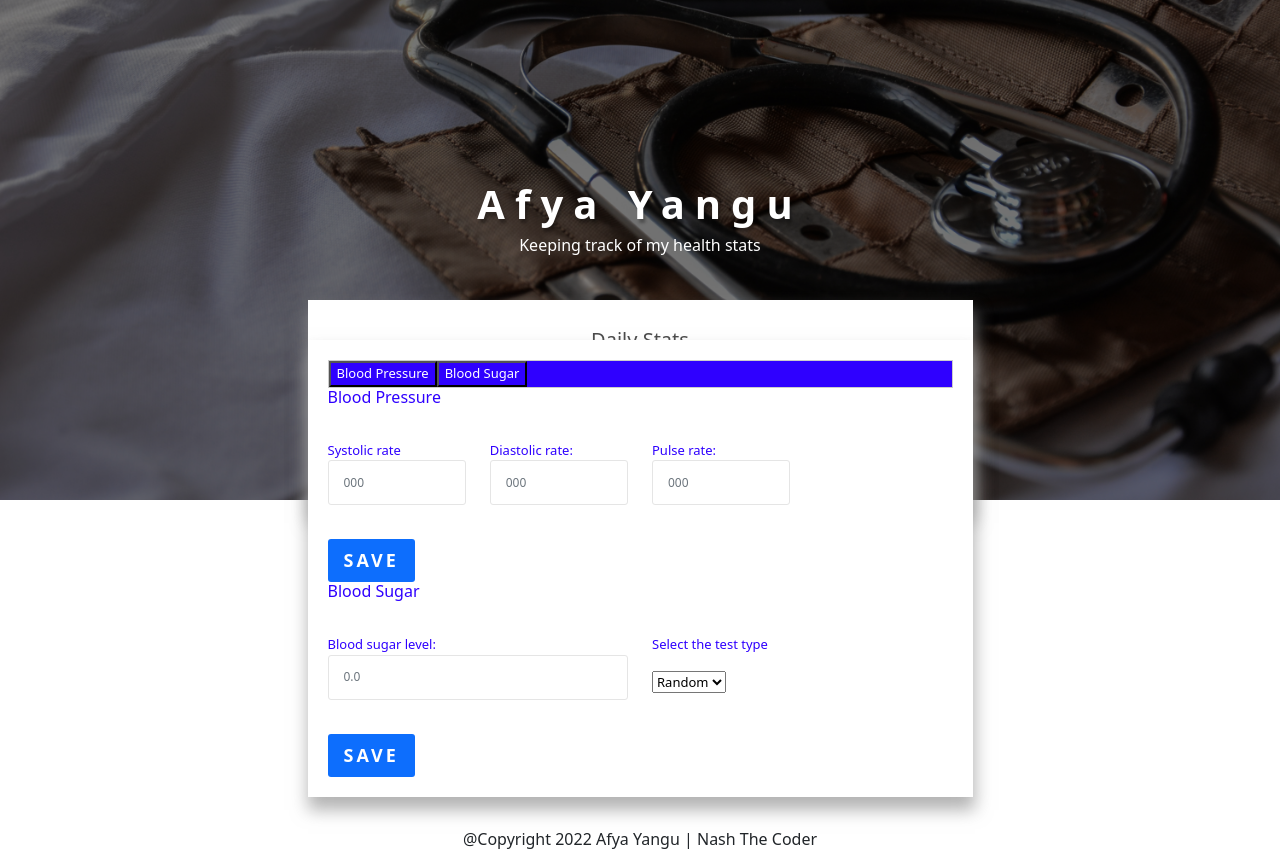
Repository: nashthecoder/afya_yangu
Page: / (app in client/)
The author's editor kept a copy of each file at every save. The page is drawn from the files as they stood at one save, then again after the next save.
The browser window is 1280 px wide. The pictures show the whole page.
The project was rebuilt for these pictures with package versions that can differ from the ones it lists, and the page was loaded fresh each time.

Above is the page before, as saved 2022-03-17 09:08:58.

### client/public/index.html
<!DOCTYPE html>
<html lang="en">
  <head>
    <meta charset="utf-8" />
    <link rel="icon" href="%PUBLIC_URL%/favicon.ico" />
    <meta name="viewport" content="width=device-width, initial-scale=1" />
    <meta name="theme-color" content="#000000" />
    <meta
      name="description"
      content="Web site created using create-react-app"
    />
    <link rel="apple-touch-icon" href="%PUBLIC_URL%/logo192.png" />
    <!--
      manifest.json provides metadata used when your web app is installed on a
      user's mobile device or desktop. See https://developers.google.com/web/fundamentals/web-app-manifest/
    -->
    <link rel="manifest" href="%PUBLIC_URL%/manifest.json" />
    <!--
      Notice the use of %PUBLIC_URL% in the tags above.
      It will be replaced with the URL of the `public` folder during the build.
      Only files inside the `public` folder can be referenced from the HTML.

      Unlike "/favicon.ico" or "favicon.ico", "%PUBLIC_URL%/favicon.ico" will
      work correctly both with client-side routing and a non-root public URL.
      Learn how to configure a non-root public URL by running `npm run build`.
    -->
    <title>Afya Yangu</title>
  </head>
  <body>
    <noscript>You need to enable JavaScript to run this app.</noscript>
    <div id="root"></div>
    <!--
      This HTML file is a template.
      If you open it directly in the browser, you will see an empty page.

      You can add webfonts, meta tags, or analytics to this file.
      The build step will place the bundled scripts into the <body> tag.

      To begin the development, run `npm start` or `yarn start`.
      To create a production bundle, use `npm run build` or `yarn build`.
    -->
  </body>
</html>

### client/src/index.js
import React from 'react';
import ReactDOM from 'react-dom';
import App from './App';
import reportWebVitals from './reportWebVitals';
import '../src/style.scss';

ReactDOM.render(
  <React.StrictMode>
    <App />
  </React.StrictMode>,
  document.getElementById('root')
);

// If you want to start measuring performance in your app, pass a function
// to log results (for example: reportWebVitals(console.log))
// or send to an analytics endpoint. Learn more: https://bit.ly/CRA-vitals
reportWebVitals();

### client/src/App.js
import React from 'react'
import Banner from './components/Banner'
import Header from './components/Header'
import Form from './components/Form'
import Footer from './components/Footer'
function App() {
  return (
    <div className="App">
      <Banner />
      <Header />
      <Form />
      <Footer />
    </div>
  );
}

export default App;

### client/src/style.scss
@import '../node_modules/bootstrap/scss/bootstrap.scss';
/*********************************************/
/*             GENERAL CSS              */
/*********************************************/

body {
    width: 100%;
    position: relative;
}

p.main-form-text {
    font-size: 20px !important;
    font-weight: 500;
    color: #494949;
}

h3 {
    font-size: 40px;
    letter-spacing: 10px;
    font-weight: bold;
}

h4 {
    font-size: 16px;
}

img {
    width: 100%;
    height: 100%;
}

form {
    position: relative;
}

/*********************************************/
/*              UTILITY CSS             */
/*********************************************/

input,
input.form-control {
    color: #222;
    font-size: 12px;
    background: $white;
    padding: 0 15px;
    width: 100%;
    height: 45px;
    line-height: 46px;
    outline: none;
    border: 1px solid #e5e5e5;
    border-radius: 3px;
    box-shadow: none;
    transition: all 0.3s;
}

.btn-primary {
    font-weight: 600;
    font-size: 18px;
    cursor: pointer;
    display: inline-block;
    text-transform: uppercase;
    border: none;
    color: $white;
    border-radius: 3px;
    transition: all 0.3s;
    letter-spacing: 3px;
}

.btn-primary:hover,
.btn-primary:focus {
    background-color: #2b2b2b;
}

.banner {
    background-image: url("./images/bg.jpg");
    min-height: 500px;
    padding: 40px 0px;
    position: relative;
    background-position: center center;
    background-size: cover;
    background-repeat: no-repeat;
}

.banner::before {
    content: "";
    width: 100%;
    height: 100%;
    opacity: 0.5;
    background-color: #000;
    position: absolute;
    top: 0;
}

.brand {
    text-shadow: 2px 4px 3px rgba(0, 0, 0, 0.3);
}

.caption-text {
    margin-top: 130px;
    color: $white;
    position: relative;
}

/*********************************************/
/*              BANNER CSS              */
/*********************************************/

.banner {
    background-image: url("./images/bg.jpg");
    min-height: 500px;
    padding: 40px 0px;
    position: relative;
    background-position: center center;
    background-size: cover;
    background-repeat: no-repeat;
}

.banner::before {
    content: "";
    width: 100%;
    height: 100%;
    opacity: 0.5;
    background-color: #000;
    position: absolute;
    top: 0;
}

.brand {
    text-shadow: 2px 4px 3px rgba(0, 0, 0, 0.3);
}

.caption-text {
    margin-top: 130px;
    color: $white;
    position: relative;
}

/*********************************************/
/*              FORM CSS                "/
/*********************************************/

.form-box #box-title {
    position: relative;
    padding: 10px;
    text-align: center;
}

.form-box #box-title p {
    margin-bottom: 0;
    font-size: 14px;
}

.fill-form {
    position: relative;
    margin: -210px auto 0px auto;
    box-shadow: 1px 12px 16px 1px rgba(153, 153, 153, 0.75);
    -webkit-box-shadow: 1px 12px 16px 1px rgba(153, 153, 153, 0.75);
    -moz-box-shadow: 1px 12px 16px 1px rgba(153, 153, 153, 0.75);
}

.fill-form .form-box__content {
    padding: 20px;
    margin-bottom: 30px;
    background-color: $white;
}

.row {
    padding-top: 10px;
    color: rgb(47, 0, 255);
    font-size: small;
}

.radio-button {
    font: 1rem 'Fira Sans', sans-serif;
}

.radio-button input {
    margin: .4rem;
}


/*********************************************/
/*              TAB CSS                  "/
/*********************************************/
.tab {
    overflow:hidden;
    border: 1px solid #ccc;
    background-color: rgb(47, 0, 255);
}

.tab button {
    background-color: inherit;
    color: #fff;
}

.tabcontent {
    display: none;
    padding: 6px 12px;
    border: 1px solid #ccc;
    border-top: none;
}
/*********************************************/
/*               FOOTER CSS                  "/
/*********************************************/

footer p {
    margin: 55px 0px 60px 0px;
    padding-top: 20px;
    font-size: 17px;
    font-weight: 600;
    color: transparent;
    -webkit-background-clip: text;
    -moz-background-clip: text;
    background-clip: text;
}


/*********************************************/
/*              MEDIA QUERIES CSS           "/
/*********************************************/

@media only screen and (min-width: 994px) and (max-width: 1398px) and (-webkit-min-device-pixel-ratio: 1) {
    .form-box #box-title {
        padding: 5px 20px 20px 20px;
    }
}

@media only screen and (min-width: 767px) and (max-width: 1196px) and (-webkit-min-device-pixel-ratio: 1) {
    .form-box #box-title {
        padding: 0px;
    }
    .fill-form .form-box__content {
        padding: 50px 50px 60px 50px;
    }
}

@media only screen and (min-width: 500px) and (max-width: 766px) and (-webkit-min-device-pixel-ratio: 1) {
    .form-box #box-title {
        padding: 0px;
    }
    .fill-form .form-box__content {
        padding: 50px 50px 60px 50px;
    }
    h3.brand {
        font-size: 30px;
    }
    .caption-text h4 {
        font-size: 14px;
    }
    .caption-text {
        margin-top: 110px;
    }
    footer {
        margin-bottom: 30px;
    }
    .form-box__img {
        display: none;
    }
}

@media only screen and (min-width: 360px) and (max-width: 499px) and (-webkit-min-device-pixel-ratio: 1) {
    .caption-text {
        margin-top: 30px;
    }
    h3.brand {
        font-size: 19px;
    }
    .banner {
        min-height: 400px;
    }
    .form-box__img {
        display: none;
    }
    footer {
        margin-bottom: 10px;
    }
}

@media only screen and (max-width: 359px) {
    .caption-text {
        margin-top: 30px;
    }
    h3.brand {
        font-size: 17px;
    }
    .caption-text h4 {
        font-size: 12px;
    }
    .banner {
        min-height: 400px;
    }
    .form-box__img {
        display: none;
    }
    .form-box #box-title {
        padding: 0px 30px 30px;
    }
}

### client/src/components/Banner.js
import React from 'react'

const Banner = () => {
    return (
        <>
        <header>
            <div className="banner">
                <div className="container">
                    <div className="row">
                        <div className="col-lg-9 offset-lg-3 mx-auto">
                            <div className="caption-text text-center">
                                <h3 className="brand">Afya Yangu</h3>
                                <h4> Keeping track of my health stats</h4>
                            </div>
                        </div>
                    </div>
                </div>
            </div>
        </header>
        </>
    )
}

export default Banner

### client/src/components/Header.js
import React from 'react'

const Header = () => {
    return (
        <>
        <section>
            <div className="container">
                <div className="row">
                <div className="col-lg-7 offset-lg-2 g-0 mx-auto">
                    <div className="fill-form form-box">
                            <div className="form-box__content">
                            <div id="box-title">
                                <p className="main-form-text">Daily Stats</p>
                            </div>
                            <div className="top-container row-cols-2">
                                <label for="date">Date:</label>
                                <input className="col-3 mt-3" type="date" id="date" name="date" />
                            <label for="test">Select a time:</label>
                                    <select className="col-3 mt-3 p-2"type="time" id="test" name="test">
                                        <option selected>Morning</option>
                                        <option>Evening</option>
                                    </select>
                                </div>
                            </div>
                        </div>
                    </div>
                </div>
                </div>
        </section>
        </>
    )
}

export default Header

### client/src/components/Form.js
import React from 'react';
import Tab1 from './Tab1';
import Tab2 from './Tab2';


const Form = () => {
    return (
        <>
        <section>
            <div className="container">
                <div className="row">
                <div className="col-lg-7 offset-lg-2 g-0 mx-auto">
                    <div className="fill-form form-box">
                            <div className="form-box__content">
                                <div className="tab">
                                    <button className="tablinks">Blood Pressure</button>
                                    <button className="tablinks">Blood Sugar</button>
                                    {/* <button className="tablinks">View Stats</button> */}
                                </div>
                                < Tab1 />
                                < Tab2 />
                            </div>
                        </div>
                    </div>
                </div>
                </div>
        </section>
        </>
    )
}

export default Form

### client/src/components/Footer.js
import React from 'react'

const Footer = () => {
    return (
        <>
        <div>
            <p className="footer text-center">@Copyright 2022 Afya Yangu | Nash The Coder</p>
        </div>
        </>
    )
}

export default Footer

### client/src/components/Tab1.js
import React from 'react'

const Tab1 = () => {
    return (
        <>
            <form>
            <h4>Blood Pressure</h4>
                <div class="row row-cols-3">
                    <div className="col-3 mt-3">
                        <label for="systolic-number">Systolic rate</label>
                            <input
                                class="form-control"
                                id="systolic-number"
                                name="systolic-number"
                                placeholder='000'
                                type="number"
                            />
                                </div>
                    <div className="col-3 mt-3">
                        <label for="diastolic-number">Diastolic rate:</label>
                            <input
                                className="form-control"
                                id="diastolic-number"
                                name="diastolic-number"
                                placeholder='000'
                                type="number"
                            />
                    </div>
                    <div className="col-3 mt-3">
                        <label for="pulse-rate">Pulse rate:</label>
                            <input
                                className="form-control"
                                id="pulse-rate"
                                name="pulse-rate"
                                placeholder='000'
                                type="number"
                            />
                        </div>
                </div>
                    <div className="d-grid mt-4">
                        <div class="container">
                            <div class="row">
                                <div class="col">
                                    <button class="btn btn-primary btn-lg" type="submit" value="save">
                                        Save
                                    </button>
                                </div>
                            </div>
                        </div>
                    </div>
            </form>
        </>
    )
}

export default Tab1

### client/src/components/Tab2.js
import React from 'react'

const Tab2 = () => {
    return (
        <>
            <h4>Blood Sugar</h4>
            <form>
                <div class="row row-cols-2">
                    <div className=" col-6 mt-3">
                        <label for="bloodSugar-level">Blood sugar level:</label>
                            <input
                                class="form-control"
                                id="bloodSugar-level"
                                name="bloodSugar-level"
                                type="number"
                                step='0.1'
                                placeholder='0.0'
                            />
                    </div>
                    <div className="mt-3">
                        <p>Select the test type</p>
                            <select id="simple" name="simple">
                                <option selected>Random</option>
                                <option>Fasted</option>
                            </select>
                    </div>
                </div>
                    <div className="d-grid mt-4">
                        <div class="container">
                            <div class="row">
                                <div class="col">
                                    <button class="btn btn-primary btn-lg" type="submit" value="save">
                                        Save
                                    </button>
                                </div>
                            </div>
                        </div>
                </div>
            </form>
        </>
    )
}

export default Tab2

Loaded but not shown: client/src/reportWebVitals.js (common file)

After the next save:
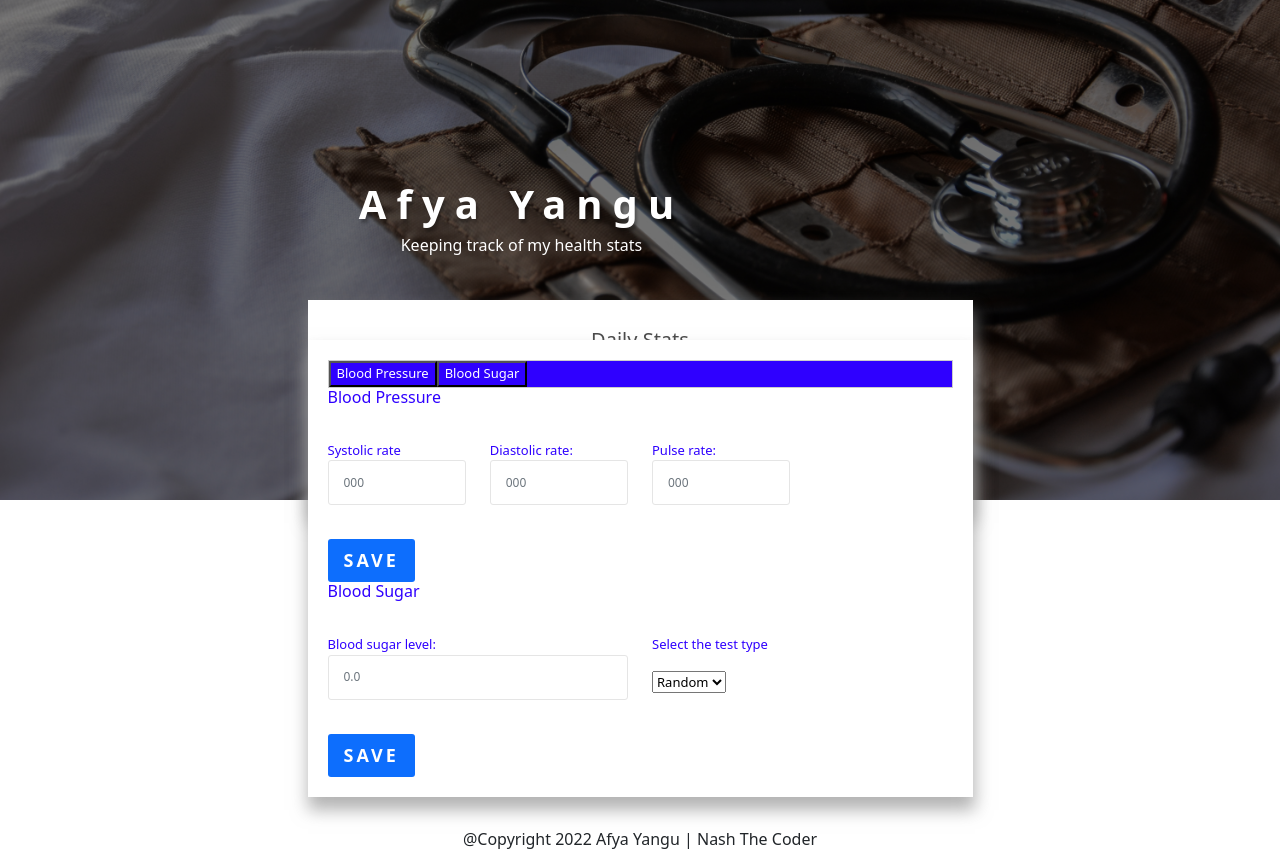
Saved 25 min 2 s later.
--- a/client/src/components/Banner.js
+++ b/client/src/components/Banner.js
@@ -7,7 +7,7 @@
             <div className="banner">
                 <div className="container">
                     <div className="row">
-                        <div className="col-lg-9 offset-lg-3 mx-auto">
+                        <div className="col-lg-9 offset-lg-3 mx-4">
                             <div className="caption-text text-center">
                                 <h3 className="brand">Afya Yangu</h3>
                                 <h4> Keeping track of my health stats</h4>

After the save that followed:
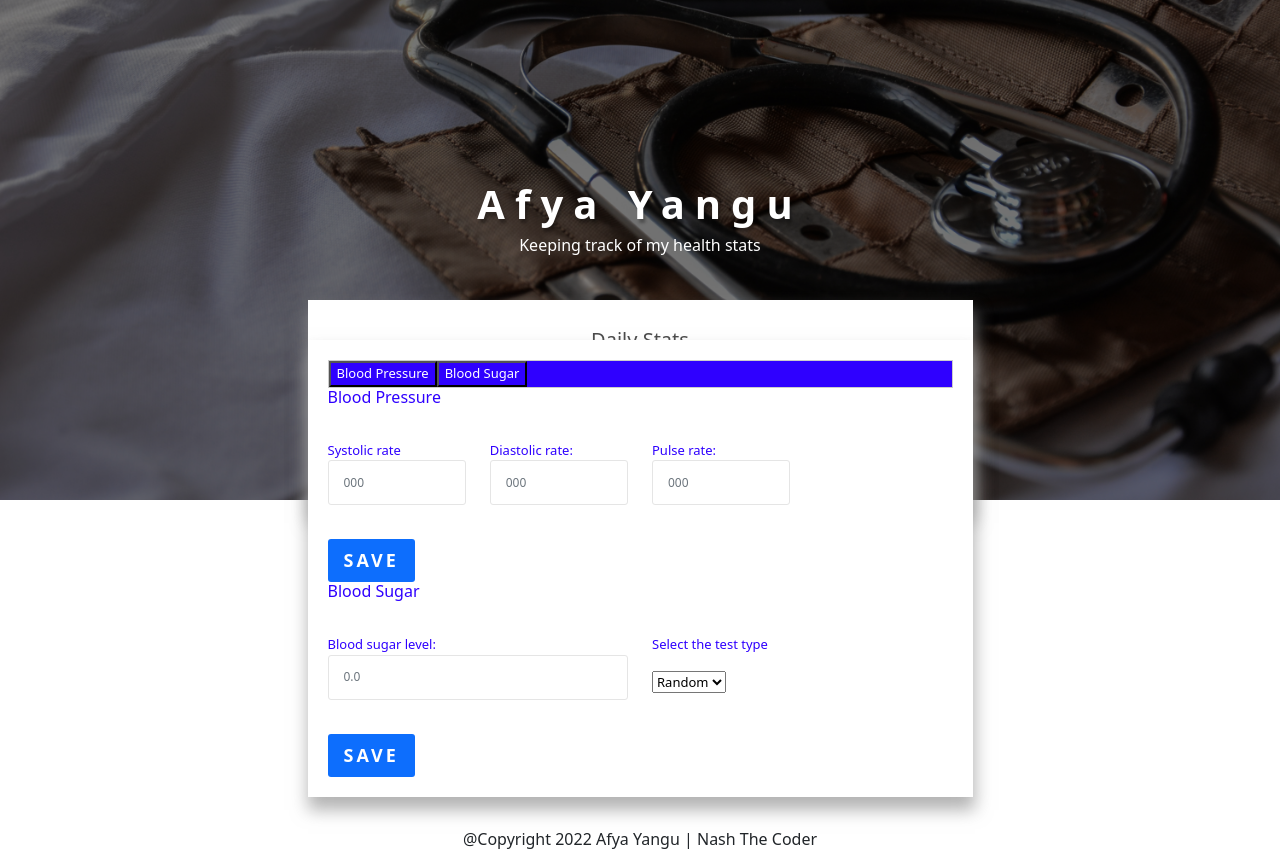
Saved 15 s later.
--- a/client/src/components/Banner.js
+++ b/client/src/components/Banner.js
@@ -7,7 +7,7 @@
             <div className="banner">
                 <div className="container">
                     <div className="row">
-                        <div className="col-lg-9 offset-lg-3 mx-4">
+                        <div className="col-lg-9 offset-lg-3 mx-auto">
                             <div className="caption-text text-center">
                                 <h3 className="brand">Afya Yangu</h3>
                                 <h4> Keeping track of my health stats</h4>
